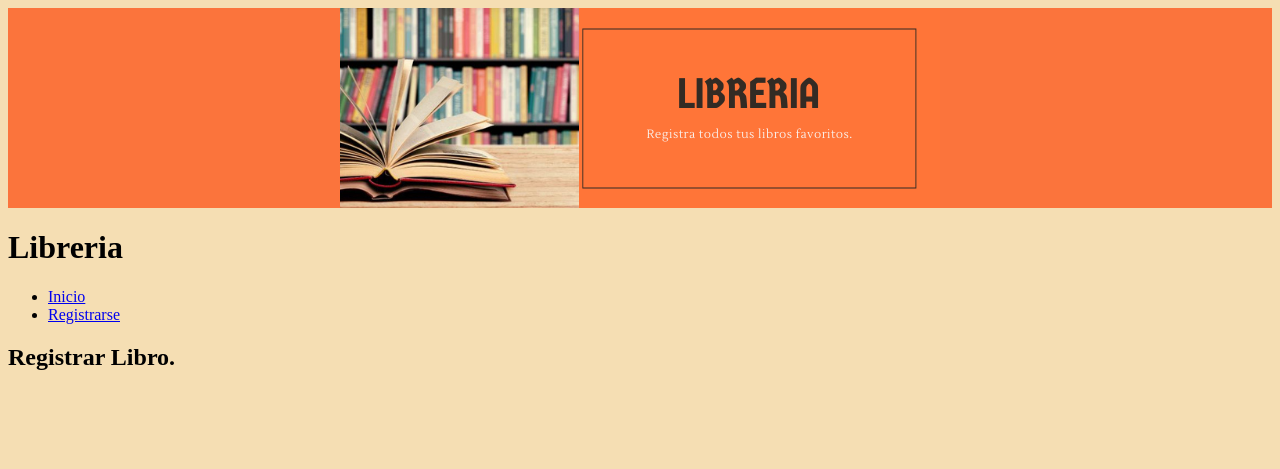
Repository: frnalonso/libreria
Page: src/main/resources/templates/registro.html
An editor plug-in stored every save of this project. The page is shown before and after the next save, followed by the edit.
The browser window is 1280 px wide. The pictures show the whole page.

Above is the page before, as saved 2021-10-31 02:34:37.

After the next save:
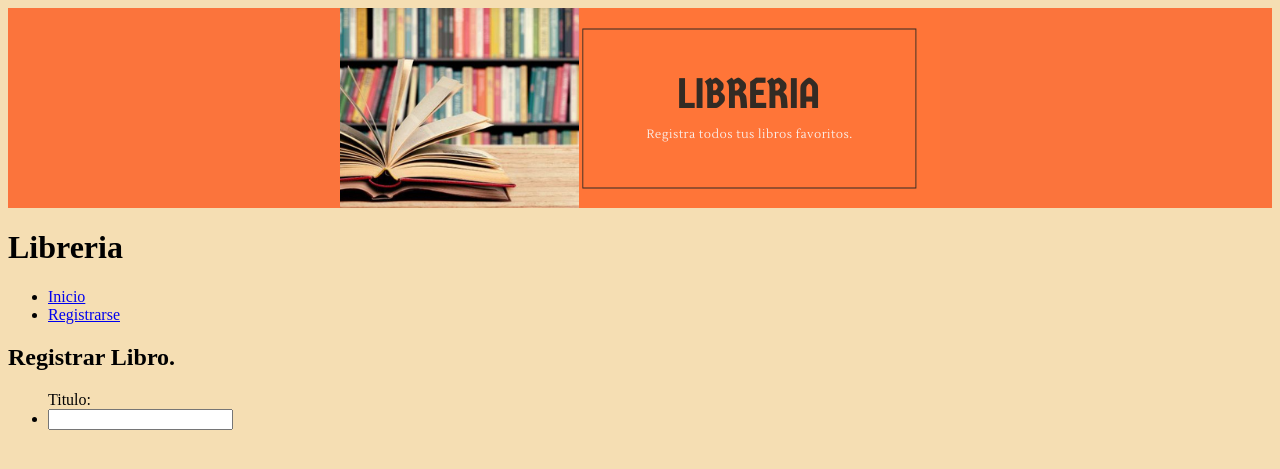
Saved 45 s later.
--- a/src/main/resources/templates/registro.html
+++ b/src/main/resources/templates/registro.html
@@ -35,7 +35,10 @@
 
             <div class="content">
                 <form action="">
-
+                    <ul>
+                        <label for="">Titulo: </label>
+                        <li><input type="text"></li>
+                    </ul>
                 </form>
             </div>
 
